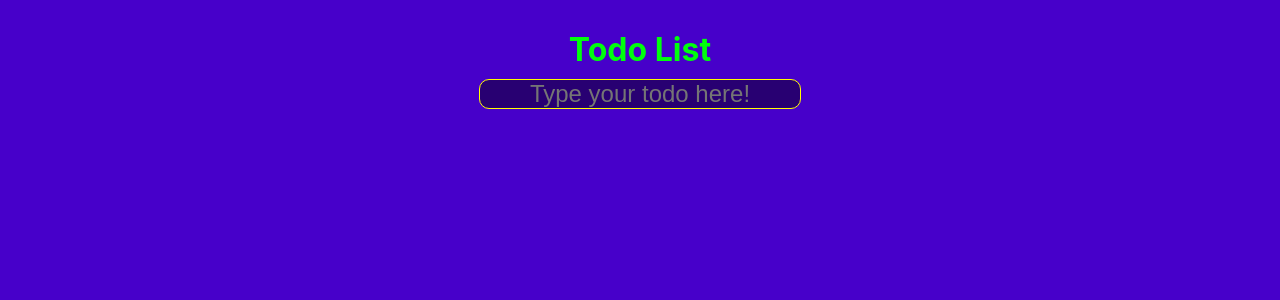
Repository: badhon252/todo-app
Page: /
An editor plug-in stored every save of this project. The page is shown before and after the next save, followed by the edit.
The browser window is 1280 px wide. The pictures show the whole page.
Some web libraries are served in a nearby version. The project was rebuilt for these pictures with package versions that can differ from the ones it lists, and the page was loaded fresh each time.

Above is the page before, as saved 2022-01-26 12:15:01.

### public/index.html
<!DOCTYPE html>
<html lang="en">

<head>
  <meta charset="utf-8" />
  <link rel="icon" href="%PUBLIC_URL%/favicon.ico" />
  <meta name="viewport" content="width=device-width, initial-scale=1" />
  <meta name="theme-color" content="#000000" />
  <meta name="description" content="Web site created using create-react-app" />
  <link rel="apple-touch-icon" href="%PUBLIC_URL%/logo192.png" />

  <link rel="manifest" href="%PUBLIC_URL%/manifest.json" />

  <link rel="stylesheet" href="https://pro.fontawesome.com/releases/v5.10.0/css/all.css"
    integrity="sha384-AYmEC3Yw5cVb3ZcuHtOA93w35dYTsvhLPVnYs9eStHfGJvOvKxVfELGroGkvsg+p" crossorigin="anonymous" />
  <title>React App</title>
</head>

<body>
  <noscript>You need to enable JavaScript to run this app.</noscript>
  <div id="root"></div>
  <!--
      This HTML file is a template.
      If you open it directly in the browser, you will see an empty page.

      You can add webfonts, meta tags, or analytics to this file.
      The build step will place the bundled scripts into the <body> tag.

      To begin the development, run `npm start` or `yarn start`.
      To create a production bundle, use `npm run build` or `yarn build`.
    -->
</body>

</html>

### src/App.js
import Todo from "./components/Todo";

function App() {
  return (
    <div className="App">
      <Todo />
    </div>
  );
}

export default App;

### src/components/Todo.js
import React from "react";
import "../Styles/style.css";
export default function Todo() {
  return (
    <div className="main-div">
      <h1>Todo List</h1>
      <input
        type="text"
        name=""
        id="input-box"
        placeholder="Type your todo here!"
      />
    </div>
  );
}

### src/Styles/style.css
* {
  margin: 0;
  padding: 0;
  background-color: #4700ca;
}

.main-div {
  margin: 30px;
  text-align: center;
  color: #00ff0d;
}

#input-box {
  color: #ffffff;
  margin: 10px;
  padding: 0 5px;
  font-size: 1.5rem;
  border: 1px solid yellow;
  background-color: #280072;
  border-radius: 10px;
  text-align: center;
}

Loaded but not shown: src/index.js (common file); src/index.css (common file); src/reportWebVitals.js (common file)

After the next save:
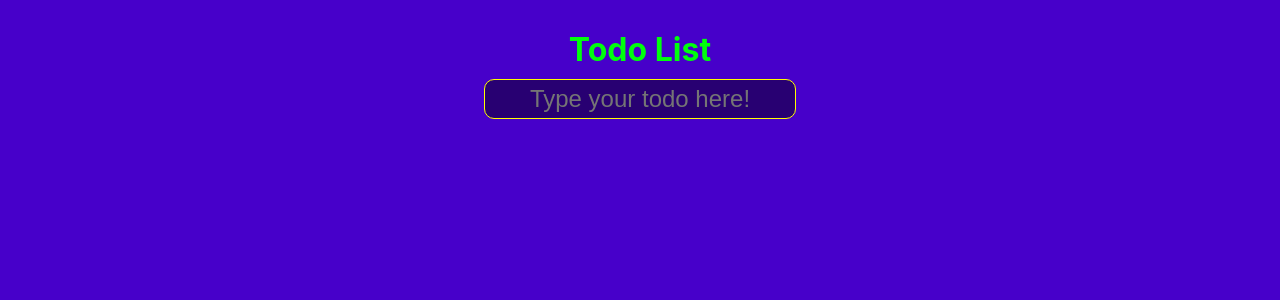
Saved 9 s later.
--- a/src/Styles/style.css
+++ b/src/Styles/style.css
@@ -13,7 +13,7 @@
 #input-box {
   color: #ffffff;
   margin: 10px;
-  padding: 0 5px;
+  padding: 5px 0;
   font-size: 1.5rem;
   border: 1px solid yellow;
   background-color: #280072;
